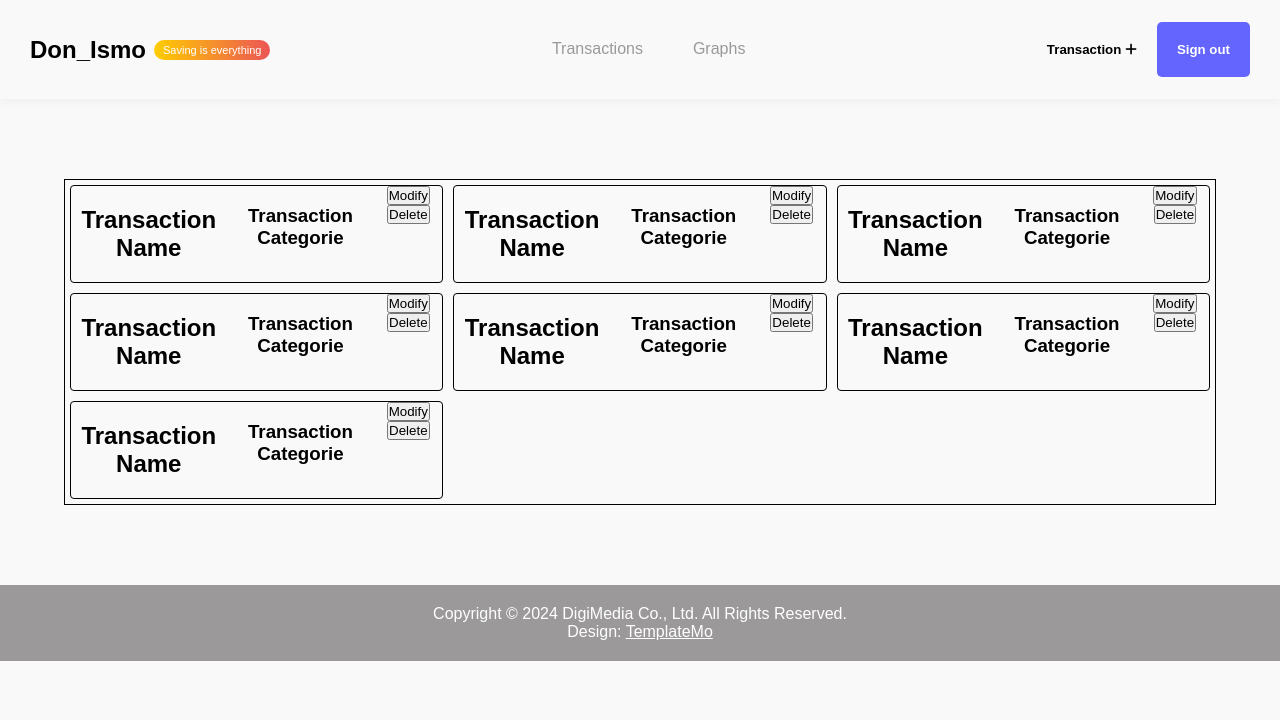
Repository: Ismail-ibr/pfa
Page: Dashboard/index.html
The author's editor kept a copy of each file at every save. The page is drawn from the files as they stood at one save, then again after the next save.
The browser window is 1280 px wide. The pictures show the whole page.

Above is the page before, as saved 2024-05-16 23:06:29.
Console error: ReferenceError: closeButton is not defined

After the next save:
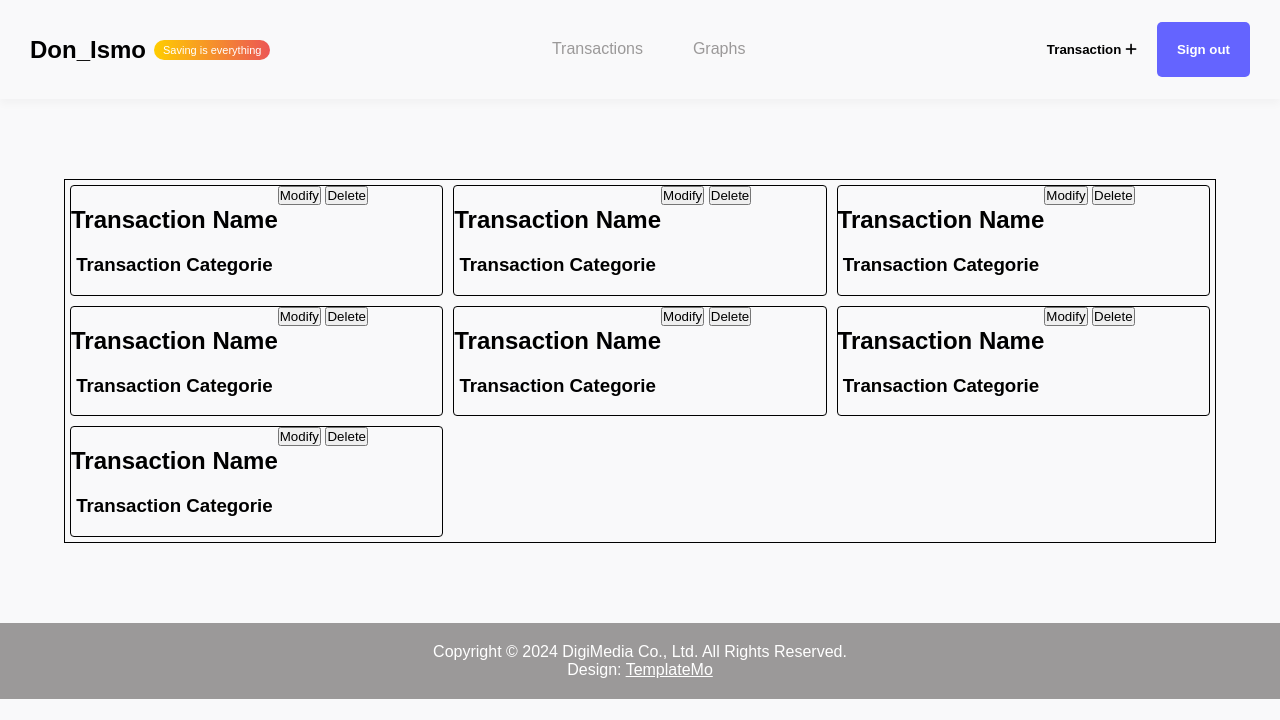
Saved 60 s later.
--- a/Dashboard/index.html
+++ b/Dashboard/index.html
@@ -69,56 +69,70 @@
         <div class="main-content">
             <div class="transaction">
                 <div class="transac">
-                    <h2>Transaction Name</h2>
-                    <h3>Transaction Categorie</h3>
+                    <div class="transac_descrip">
+                        <h2>Transaction Name</h2>
+                        <h3>Transaction Categorie</h3>
+                    </div>
                     <div class="buttons-transctions">
                         <button class="modifier">Modify</button>
                         <button class="supprimer">Delete</button>
                     </div>
                 </div>
                 <div class="transac">
-                    <h2>Transaction Name</h2>
-                    <h3>Transaction Categorie</h3>
+                    <div class="transac_descrip">
+                        <h2>Transaction Name</h2>
+                        <h3>Transaction Categorie</h3>
+                    </div>
                     <div class="buttons-transctions">
                         <button class="modifier">Modify</button>
                         <button class="supprimer">Delete</button>
                     </div>
                 </div>
                 <div class="transac">
-                    <h2>Transaction Name</h2>
-                    <h3>Transaction Categorie</h3>
+                    <div class="transac_descrip">
+                        <h2>Transaction Name</h2>
+                        <h3>Transaction Categorie</h3>
+                    </div>
                     <div class="buttons-transctions">
                         <button class="modifier">Modify</button>
                         <button class="supprimer">Delete</button>
                     </div>
                 </div>
                 <div class="transac">
-                    <h2>Transaction Name</h2>
-                    <h3>Transaction Categorie</h3>
+                    <div class="transac_descrip">
+                        <h2>Transaction Name</h2>
+                        <h3>Transaction Categorie</h3>
+                    </div>
                     <div class="buttons-transctions">
                         <button class="modifier">Modify</button>
                         <button class="supprimer">Delete</button>
                     </div>
                 </div>
                 <div class="transac">
-                    <h2>Transaction Name</h2>
-                    <h3>Transaction Categorie</h3>
+                    <div class="transac_descrip">
+                        <h2>Transaction Name</h2>
+                        <h3>Transaction Categorie</h3>
+                    </div>
                     <div class="buttons-transctions">
                         <button class="modifier">Modify</button>
                         <button class="supprimer">Delete</button>
                     </div>
                 </div>
                 <div class="transac">
-                    <h2>Transaction Name</h2>
-                    <h3>Transaction Categorie</h3>
+                    <div class="transac_descrip">
+                        <h2>Transaction Name</h2>
+                        <h3>Transaction Categorie</h3>
+                    </div>
                     <div class="buttons-transctions">
                         <button class="modifier">Modify</button>
                         <button class="supprimer">Delete</button>
                     </div>
                 </div>
                 <div class="transac">
-                    <h2>Transaction Name</h2>
-                    <h3>Transaction Categorie</h3>
+                    <div class="transac_descrip">
+                        <h2>Transaction Name</h2>
+                        <h3>Transaction Categorie</h3>
+                    </div>
                     <div class="buttons-transctions">
                         <button class="modifier">Modify</button>
                         <button class="supprimer">Delete</button>
